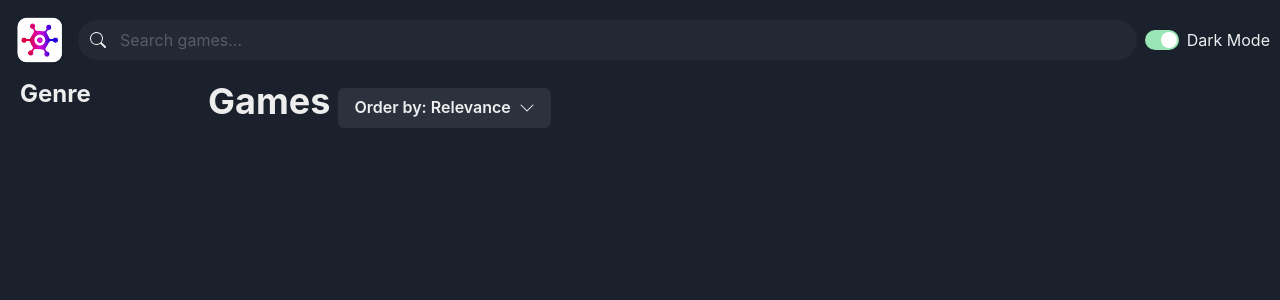
Repository: heyCaroline/game-hub
Page: /
An editor plug-in stored every save of this project. The page is shown before and after the next save, followed by the edit.
The browser window is 1280 px wide. The pictures show the whole page.
The page's requests for data from a server got no answer. The project was rebuilt for these pictures with package versions that can differ from the ones it lists, and the page was loaded fresh each time. No one was signed in, and anything a server would have sent is missing. Also part of the build but not shown: vite.config.ts, src/components/PlatformIconList.tsx, src/components/CriticScore.tsx, src/components/GameCard.tsx.

Above is the page before, as saved 2025-05-23 18:02:14.

After the next save:
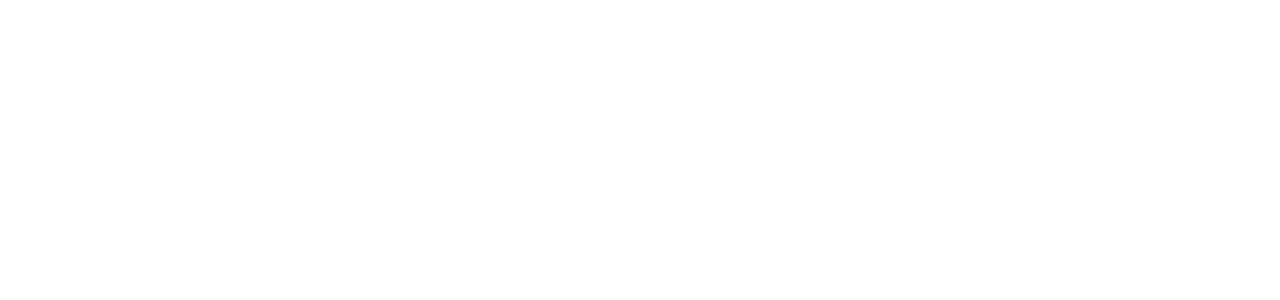
Console error: ReferenceError: ref is not defined
Saved 27 s later.
--- a/src/components/SearchInput.tsx
+++ b/src/components/SearchInput.tsx
@@ -1,25 +1,19 @@
 import { Input, InputGroup, InputLeftElement } from "@chakra-ui/react";
-import { FormEvent, useRef } from "react"; // 导入 useRef 和 FormEvent
+import { useRef, type FormEvent } from "react";
 import { BsSearch } from "react-icons/bs";
-
 interface Props {
   onSearch: (searchText: string) => void;
 }
-
 const SearchInput = ({ onSearch }: Props) => {
-  const ref = useRef<HTMLInputElement>(null);
-
   const handleSubmit = (event: FormEvent) => {
+    const ref = useRef<HTMLInputElement>(null);
     event.preventDefault();
     if (ref.current) {
       onSearch(ref.current.value);
     }
   };
-
   return (
-    <form onSubmit={handleSubmit} style={{ width: "100%" }}>
-      {" "}
-      {/* 临时内联样式，后改为全局 */}
+    <form onSubmit={handleSubmit}>
       <InputGroup>
         <InputLeftElement children={<BsSearch />} />
         <Input

After the save that followed:
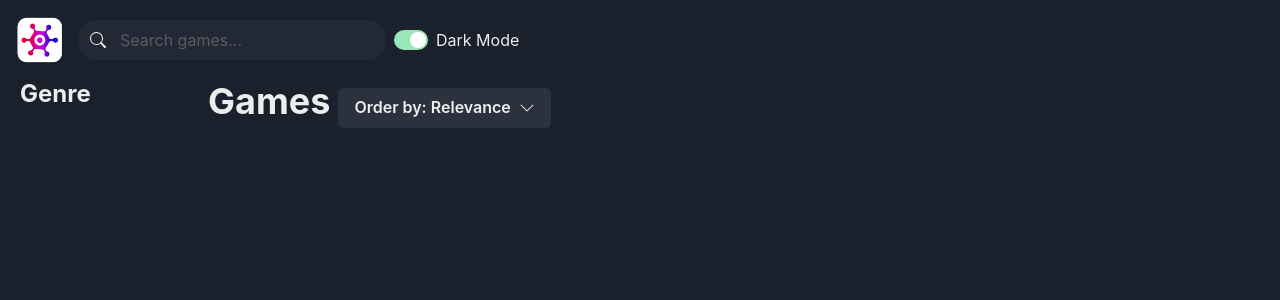
The error is gone.
Saved 34 s later.
--- a/src/components/SearchInput.tsx
+++ b/src/components/SearchInput.tsx
@@ -5,8 +5,8 @@
   onSearch: (searchText: string) => void;
 }
 const SearchInput = ({ onSearch }: Props) => {
+  const ref = useRef<HTMLInputElement>(null);
   const handleSubmit = (event: FormEvent) => {
-    const ref = useRef<HTMLInputElement>(null);
     event.preventDefault();
     if (ref.current) {
       onSearch(ref.current.value);
